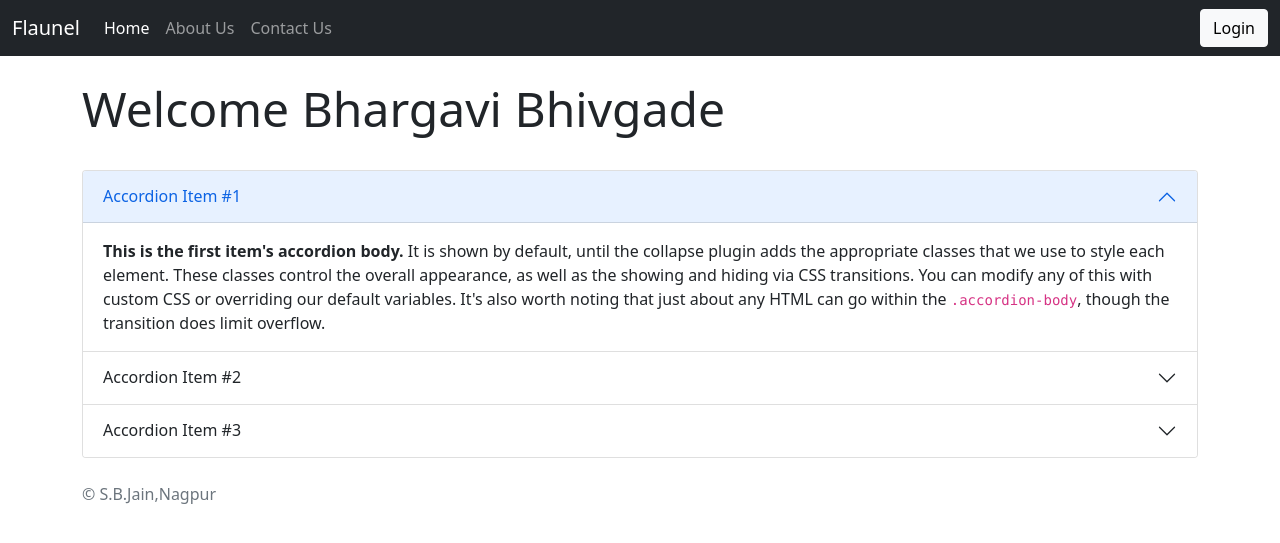
Repository: bhivgadePrajakta/Flaunel--A-LED-Display-Board
Page: http://localhost/home.php
The author's editor kept a copy of each file at every save. The page is drawn from the files as they stood at one save, then again after the next save.
The browser window is 1280 px wide. The pictures show the whole page.
The page is run by PHP 8.4 with error messages shown; the project is at /var/www/html/.

Above is the page before, as saved 2022-04-30 12:35:22.

### home.php
<!doctype html>
<html lang="en">
  <head>
    <!-- Required meta tags -->
    <meta charset="utf-8">
    <meta name="viewport" content="width=device-width, initial-scale=1">

    <!-- Bootstrap CSS -->
    <link href="https://cdn.jsdelivr.net/npm/bootstrap@5.0.2/dist/css/bootstrap.min.css" rel="stylesheet" integrity="sha384-EVSTQN3/azprG1Anm3QDgpJLIm9Nao0Yz1ztcQTwFspd3yD65VohhpuuCOmLASjC" crossorigin="anonymous">

    <title>FLAUNEL</title>
  </head>
  <body>
    <nav class="navbar navbar-expand-lg navbar-dark bg-dark">
        <div class="container-fluid">
          <a class="navbar-brand" href="#">Flaunel</a>
          <button class="navbar-toggler" type="button" data-bs-toggle="collapse" data-bs-target="#navbarSupportedContent" aria-controls="navbarSupportedContent" aria-expanded="false" aria-label="Toggle navigation">
            <span class="navbar-toggler-icon"></span>
          </button>
          <div class="collapse navbar-collapse" id="navbarSupportedContent">
            <ul class="navbar-nav me-auto mb-2 mb-lg-0">
              <li class="nav-item">
                <a class="nav-link active" aria-current="page" href="#">Home</a>
              </li>
              <li class="nav-item">
                <a class="nav-link" href="#">About Us</a>
              </li>
              <li class="nav-item ">
                <a class="nav-link" href="#" id="navbarDropdown" role="button">
                  Contact Us</a>

              </li>

            </ul>
            <form class="d-flex">

              <button class="btn btn-light" type="submit">Login</button>
            </form>
          </div>
        </div>
      </nav>
<div class="container py-4">
    <h5 class="display-5">Welcome Bhargavi Bhivgade</h5>
    <br>
<!-- ACCORDIAN MAIN START -->

    <div class="accordion" id="accordionExample">
        <!-- ACCORDIAN START -->
  <div class="accordion-item">
    <h2 class="accordion-header" id="headingOne">
      <button class="accordion-button" type="button" data-bs-toggle="collapse" data-bs-target="#collapseOne" aria-expanded="true" aria-controls="collapseOne">
        Accordion Item #1
      </button>
    </h2>
    <div id="collapseOne" class="accordion-collapse collapse show" aria-labelledby="headingOne" data-bs-parent="#accordionExample">
      <div class="accordion-body">
        <strong>This is the first item's accordion body.</strong> It is shown by default, until the collapse plugin adds the appropriate classes that we use to style each element. These classes control the overall appearance, as well as the showing and hiding via CSS transitions. You can modify any of this with custom CSS or overriding our default variables. It's also worth noting that just about any HTML can go within the <code>.accordion-body</code>, though the transition does limit overflow.
      </div>
    </div>
  </div>
  <!-- ACCORDIAN END -->

  <!-- ACCORDIAN START -->
  <div class="accordion-item">
    <h2 class="accordion-header" id="headingTwo">
      <button class="accordion-button collapsed" type="button" data-bs-toggle="collapse" data-bs-target="#collapseTwo" aria-expanded="false" aria-controls="collapseTwo">
        Accordion Item #2
      </button>
    </h2>
    <div id="collapseTwo" class="accordion-collapse collapse" aria-labelledby="headingTwo" data-bs-parent="#accordionExample">
      <div class="accordion-body">
        <strong>This is the second item's accordion body.</strong> It is hidden by default, until the collapse plugin adds the appropriate classes that we use to style each element. These classes control the overall appearance, as well as the showing and hiding via CSS transitions. You can modify any of this with custom CSS or overriding our default variables. It's also worth noting that just about any HTML can go within the <code>.accordion-body</code>, though the transition does limit overflow.
      </div>
    </div>
  </div>
  <!-- ACCORDIAN END -->
  <div class="accordion-item">
    <h2 class="accordion-header" id="headingThree">
      <button class="accordion-button collapsed" type="button" data-bs-toggle="collapse" data-bs-target="#collapseThree" aria-expanded="false" aria-controls="collapseThree">
        Accordion Item #3
      </button>
    </h2>
    <div id="collapseThree" class="accordion-collapse collapse" aria-labelledby="headingThree" data-bs-parent="#accordionExample">
      <div class="accordion-body">
        <strong>This is the third item's accordion body.</strong> It is hidden by default, until the collapse plugin adds the appropriate classes that we use to style each element. These classes control the overall appearance, as well as the showing and hiding via CSS transitions. You can modify any of this with custom CSS or overriding our default variables. It's also worth noting that just about any HTML can go within the <code>.accordion-body</code>, though the transition does limit overflow.
      </div>
    </div>
  </div>
</div>
<!-- ACCORDIAN END -->
</div>
<!-- ACCORDIAN MAIN END -->

</div>

<div class="container">
    <span class="text-muted">&copy; S.B.Jain,Nagpur</span>
  </div>
    <!-- Optional JavaScript; choose one of the two! -->

    <!-- Option 1: Bootstrap Bundle with Popper -->
    <script src="https://cdn.jsdelivr.net/npm/bootstrap@5.0.2/dist/js/bootstrap.bundle.min.js" integrity="sha384-MrcW6ZMFYlzcLA8Nl+NtUVF0sA7MsXsP1UyJoMp4YLEuNSfAP+JcXn/tWtIaxVXM" crossorigin="anonymous"></script>

    <!-- Option 2: Separate Popper and Bootstrap JS -->
    <!--
    <script src="https://cdn.jsdelivr.net/npm/@popperjs/core@2.9.2/dist/umd/popper.min.js" integrity="sha384-IQsoLXl5PILFhosVNubq5LC7Qb9DXgDA9i+tQ8Zj3iwWAwPtgFTxbJ8NT4GN1R8p" crossorigin="anonymous"></script>
    <script src="https://cdn.jsdelivr.net/npm/bootstrap@5.0.2/dist/js/bootstrap.min.js" integrity="sha384-cVKIPhGWiC2Al4u+LWgxfKTRIcfu0JTxR+EQDz/bgldoEyl4H0zUF0QKbrJ0EcQF" crossorigin="anonymous"></script>
    -->
  </body>
</html>

After the next save:
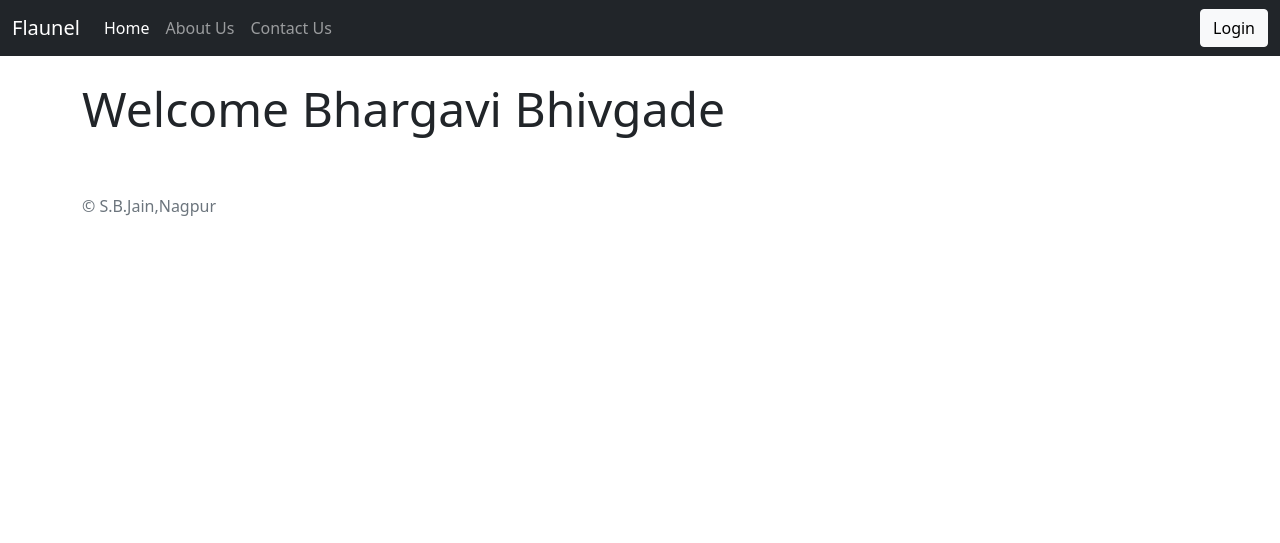
Saved 57 s later.
--- a/home.php
+++ b/home.php
@@ -42,54 +42,6 @@
 <div class="container py-4">
     <h5 class="display-5">Welcome Bhargavi Bhivgade</h5>
     <br>
-<!-- ACCORDIAN MAIN START -->
-
-    <div class="accordion" id="accordionExample">
-        <!-- ACCORDIAN START -->
-  <div class="accordion-item">
-    <h2 class="accordion-header" id="headingOne">
-      <button class="accordion-button" type="button" data-bs-toggle="collapse" data-bs-target="#collapseOne" aria-expanded="true" aria-controls="collapseOne">
-        Accordion Item #1
-      </button>
-    </h2>
-    <div id="collapseOne" class="accordion-collapse collapse show" aria-labelledby="headingOne" data-bs-parent="#accordionExample">
-      <div class="accordion-body">
-        <strong>This is the first item's accordion body.</strong> It is shown by default, until the collapse plugin adds the appropriate classes that we use to style each element. These classes control the overall appearance, as well as the showing and hiding via CSS transitions. You can modify any of this with custom CSS or overriding our default variables. It's also worth noting that just about any HTML can go within the <code>.accordion-body</code>, though the transition does limit overflow.
-      </div>
-    </div>
-  </div>
-  <!-- ACCORDIAN END -->
-
-  <!-- ACCORDIAN START -->
-  <div class="accordion-item">
-    <h2 class="accordion-header" id="headingTwo">
-      <button class="accordion-button collapsed" type="button" data-bs-toggle="collapse" data-bs-target="#collapseTwo" aria-expanded="false" aria-controls="collapseTwo">
-        Accordion Item #2
-      </button>
-    </h2>
-    <div id="collapseTwo" class="accordion-collapse collapse" aria-labelledby="headingTwo" data-bs-parent="#accordionExample">
-      <div class="accordion-body">
-        <strong>This is the second item's accordion body.</strong> It is hidden by default, until the collapse plugin adds the appropriate classes that we use to style each element. These classes control the overall appearance, as well as the showing and hiding via CSS transitions. You can modify any of this with custom CSS or overriding our default variables. It's also worth noting that just about any HTML can go within the <code>.accordion-body</code>, though the transition does limit overflow.
-      </div>
-    </div>
-  </div>
-  <!-- ACCORDIAN END -->
-  <div class="accordion-item">
-    <h2 class="accordion-header" id="headingThree">
-      <button class="accordion-button collapsed" type="button" data-bs-toggle="collapse" data-bs-target="#collapseThree" aria-expanded="false" aria-controls="collapseThree">
-        Accordion Item #3
-      </button>
-    </h2>
-    <div id="collapseThree" class="accordion-collapse collapse" aria-labelledby="headingThree" data-bs-parent="#accordionExample">
-      <div class="accordion-body">
-        <strong>This is the third item's accordion body.</strong> It is hidden by default, until the collapse plugin adds the appropriate classes that we use to style each element. These classes control the overall appearance, as well as the showing and hiding via CSS transitions. You can modify any of this with custom CSS or overriding our default variables. It's also worth noting that just about any HTML can go within the <code>.accordion-body</code>, though the transition does limit overflow.
-      </div>
-    </div>
-  </div>
-</div>
-<!-- ACCORDIAN END -->
-</div>
-<!-- ACCORDIAN MAIN END -->
 
 </div>
 
